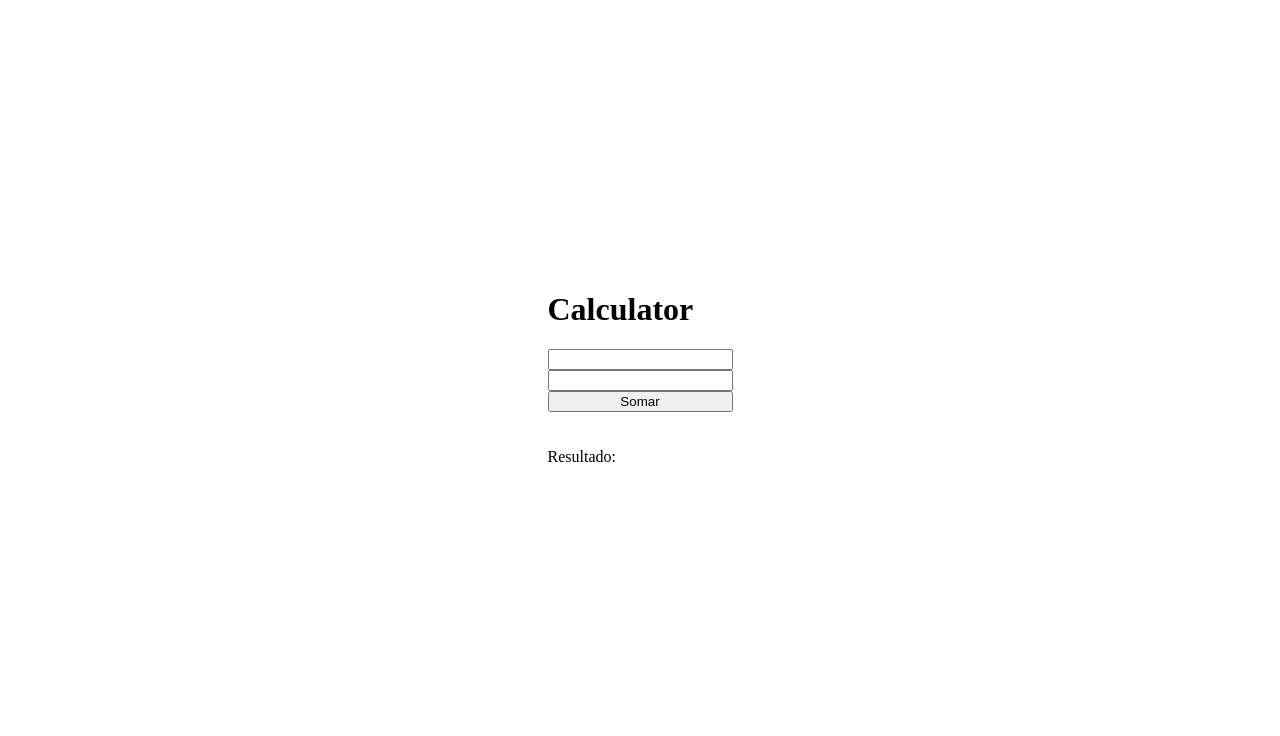
Repository: MilenaMelo/test-calculator-selenium
Page: calculadora.html
An editor plug-in stored every save of this project. The page is shown before and after the next save, followed by the edit.
The browser window is 1280 px wide. The pictures show the whole page.

Above is the page before, as saved 2021-04-29 16:48:15.

### calculadora.html
<!DOCTYPE html>
<html lang="pt" xmlns="http://www.w3.org/1999/xhtml">
    <head>
        <link rel="stylesheet" href="style.css">
        <meta charset="UTF-8">
        <title>Calculator</title>
    </head>
    <body>
        <h1>Calculator</h1>
        <input type='number' id="one" name="one" value=''>
        <input type='number' id="two" name="two" value=''>
        <button id="soma" onclick="soma()"> Somar </button>
        <br />
        <br />
        Resultado:
        <span id="result"></span>

        <script type="text/javascript">
            var result = 0;
            function soma (event) {
                let one = document.querySelector('#one').value;
                let two = document.querySelector('#two').value;
                result = Number(one) + Number(two);

                document.querySelector('#result').innerHTML = result;
            }
        </script>
    </body>
</html>

### style.css
body {
    height: 100vh;
    display: grid;
    place-content: center;
}

After the next save:
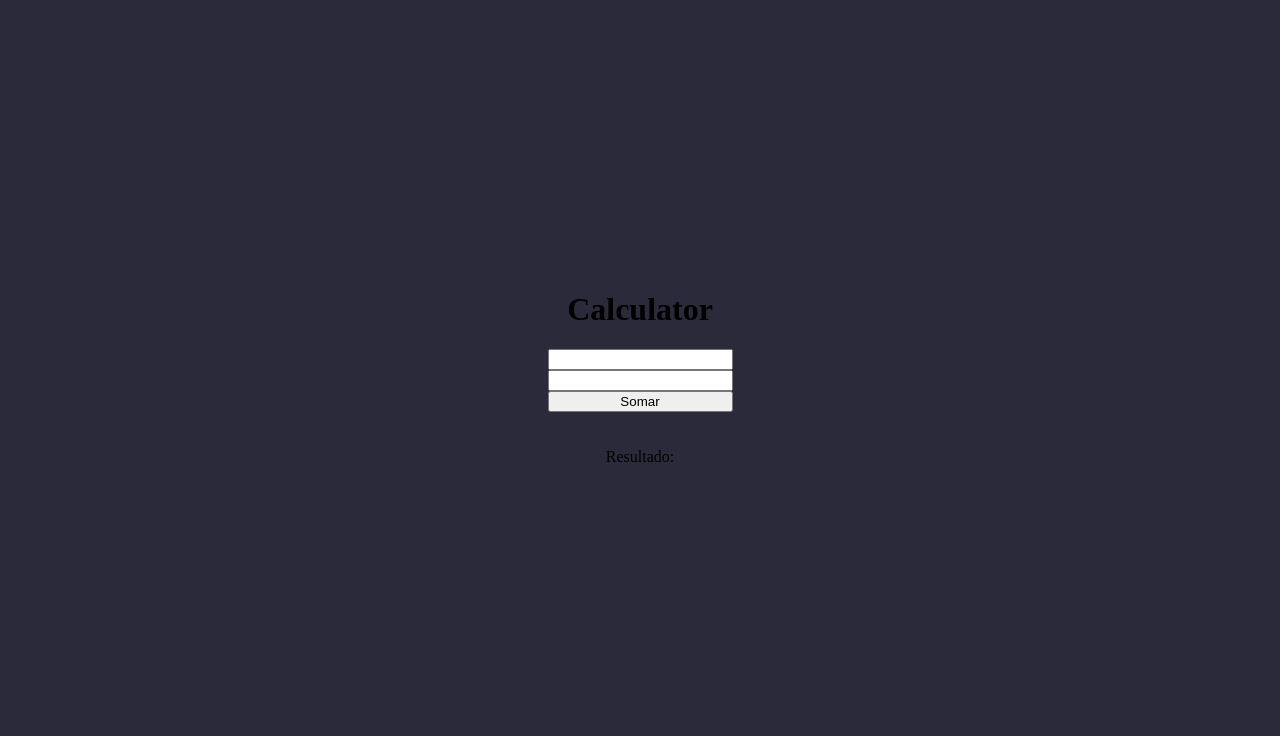
Saved 51 s later.
--- a/style.css
+++ b/style.css
@@ -2,4 +2,6 @@ body {
     height: 100vh;
     display: grid;
     place-content: center;
+    text-align: center;
+    background-color: #2B2A3A;
 }
